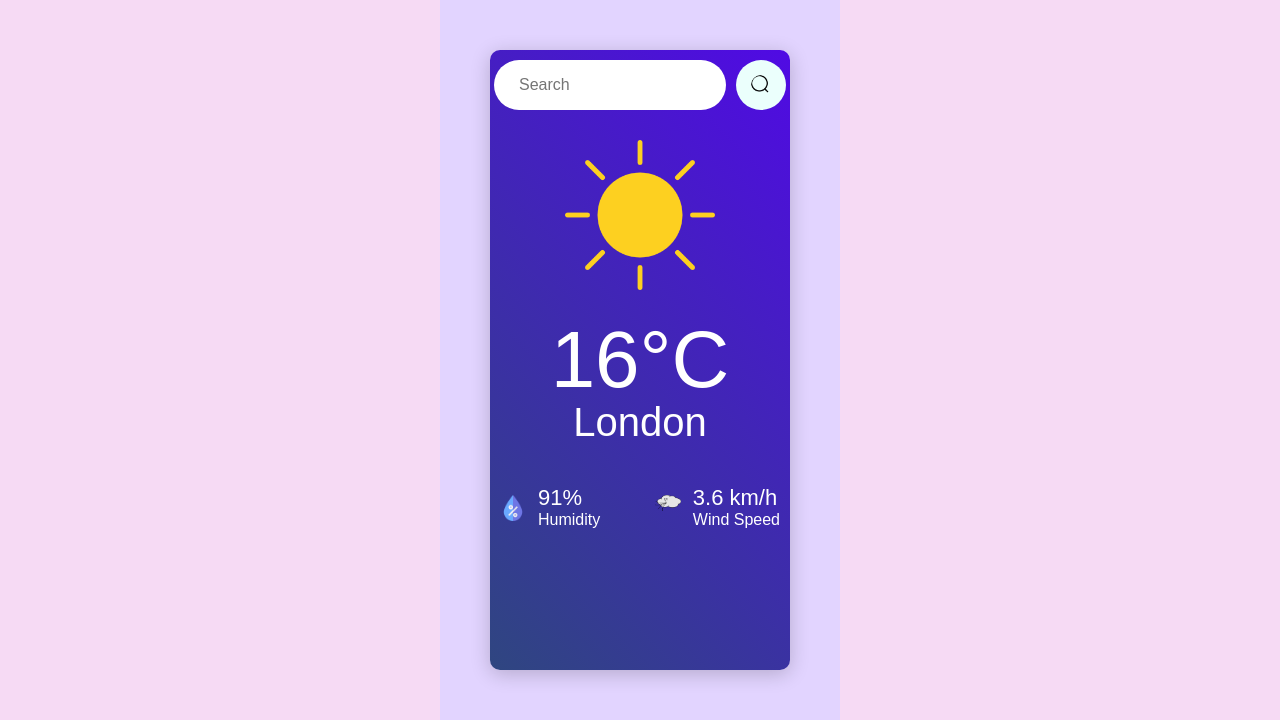
Repository: wakoya-tech/wheather-app
Page: /
An editor plug-in stored every save of this project. The page is shown before and after the next save, followed by the edit.
The browser window is 1280 px wide. The pictures show the whole page.
The project was rebuilt for these pictures with package versions that can differ from the ones it lists, and the page was loaded fresh each time. Also part of the build but not shown: vite.config.js, src/App.css.

Above is the page before, as saved 2025-10-18 21:46:39.

### index.html
<!DOCTYPE html>
<html lang="en">
  <head>
    <meta charset="UTF-8" />
    <link rel="icon" type="image/svg+xml" href="/vite.svg" />
    <meta name="viewport" content="width=device-width, initial-scale=1.0" />
    <title>Weather App - wakoCode</title>
  </head>
  <body>
    <div id="root"></div>
    <script type="module" src="/src/main.jsx"></script>
  </body>
</html>

### src/App.jsx
import { useState } from 'react'
import Weather from './Components/Weather'

import './App.css'

function App() {
 return(
 <div className='App'>

<Weather/>

 </div>

 )

}

export default App

### src/index.css

*{
    margin: 0;
    padding: 0;
    box-sizing: border-box;
    font-family: "poppins",sans-serif;
}
.App {
    min-height: 100vh;
    display: grid;
    background: #e2d4ff;
}

### src/Components/Weather.jsx
import React from 'react';
import './Weather.css';
import search_icon from '../assets/Search.png';
import clear from '../assets/Clear.png';
import wind from '../assets/Wind.png';
import humidity from '../assets/Humidity.png';

function Weather() {
  return (
    <div className='weather'>
      <div className="search-bar">
        <input type="text" placeholder='Search' />
        <img src={search_icon} alt="Search" />
      </div>

      <img src={clear} alt="Weather Icon" className='weather-icon' />
      <p className='temperature'>16°C</p>
      <p className='location'>London</p>

      <div className="weather-data">
        <div className="col">
          <img src={humidity} alt="Humidity" />
          <div>
            <p>91%</p>
            <span>Humidity</span>
          </div>
        </div>

        <div className="col">
          <img src={wind} alt="Wind Speed" />
          <div>
            <p>3.6 km/h</p>
            <span>Wind Speed</span>
          </div>
        </div>
      </div>
    </div>
  );
}

export default Weather;

### src/Components/Weather.css
/* App.css or Weather.css */

/* 🌍 Center the entire app on screen */
body {
    margin: 0;
    height: 100vh;
    display: flex;
    justify-content: center;
    align-items: center;
    background: #f6daf4;
  }

  /* 🌤️ Weather container */
  .weather {
    width: 90%;
    max-width: 300px;
    margin: 50px;
    padding: 10px;
    border-radius: 10px;
    background-image: linear-gradient(45deg, #2f4680, #500ae4);
    display: flex;
    flex-direction: column;
    align-items: center;

  box-shadow: 0 4px 20px rgba(0, 0, 0, 0.2);


  }

  /* 🔍 Search bar */
  .search-bar {
    display: flex;
    text-align: center;
    align-items: center;
    gap: 10px;
  }

  .search-bar input {
    height: 50px;
    font-size: 16px;
    border-radius: 40px;
    padding-left: 25px;
    border: none;
    outline: none;
    color: #626262;

  }

  .search-bar img {
    width: 50px;
    padding: 15px;
    border-radius: 50%;
    background: #ebfffc;
    cursor: pointer;
    transition: 0.2s ease;
  }

  .search-bar img:hover {
    background: #d6f5f2;
    transform: scale(1.05);
  }

  /* 🌦️ Weather display */
  .weather-icon {
    width: 150px;
    margin: 30px 0;
  }

  .temperature {
    color: #fff;
    font-size: 80px;
    line-height: 1;
  }

  .location {
    color: #fff;
    font-size: 40px;
  }

  /* 💧 Wind & humidity data section */
  .weather-data {
    width: 100%;
    margin-top: 40px;
    color: #fff;
    display: flex;
    justify-content: space-between;
  }
  .weather-data .col{
    display: flex;
    align-items: flex-start;
    gap: 12px;
    font-size: 22px;
  }
  .weather-data .col span{
    display: block;
    font-size: 16px;
  }
  .weather-data .col img{
    width: 26px;
    margin-top: 10px;
  }

Loaded but not shown: src/main.jsx (common file)

After the next save:
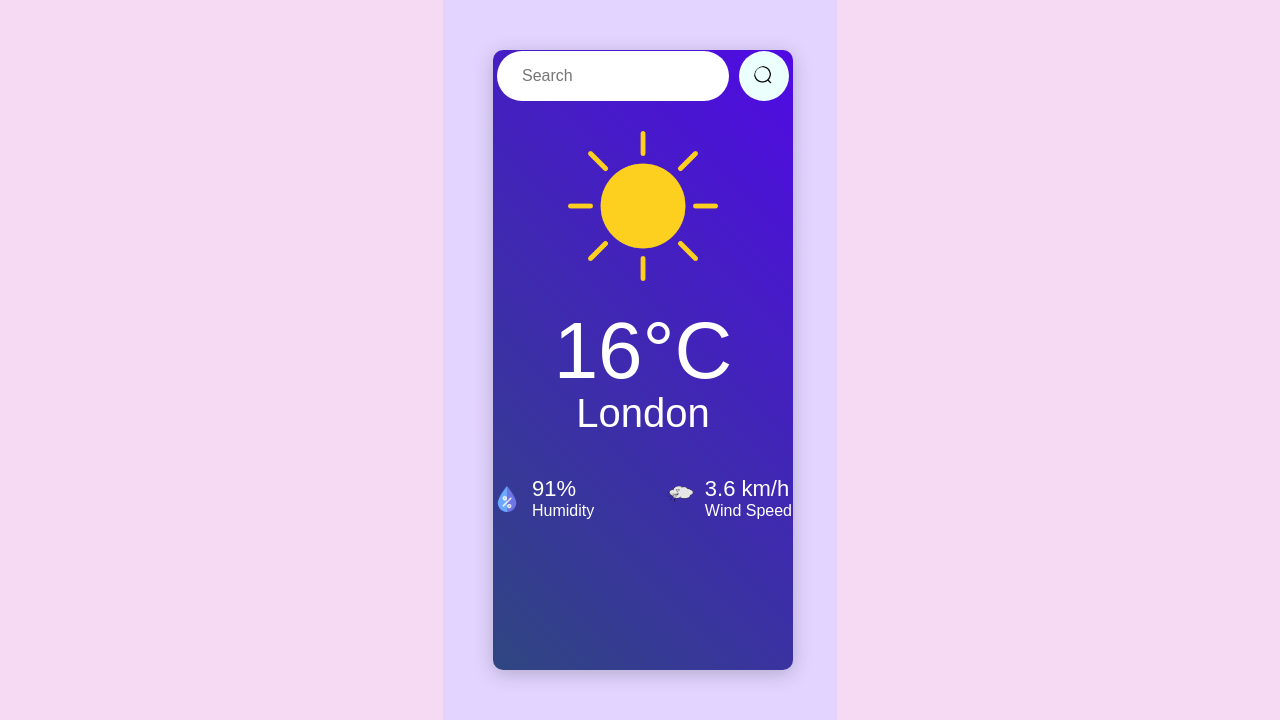
Saved 15 s later.
--- a/src/Components/Weather.css
+++ b/src/Components/Weather.css
@@ -15,7 +15,7 @@
     width: 90%;
     max-width: 300px;
     margin: 50px;
-    padding: 10px;
+    padding: 1px;
     border-radius: 10px;
     background-image: linear-gradient(45deg, #2f4680, #500ae4);
     display: flex;

After the save that followed:
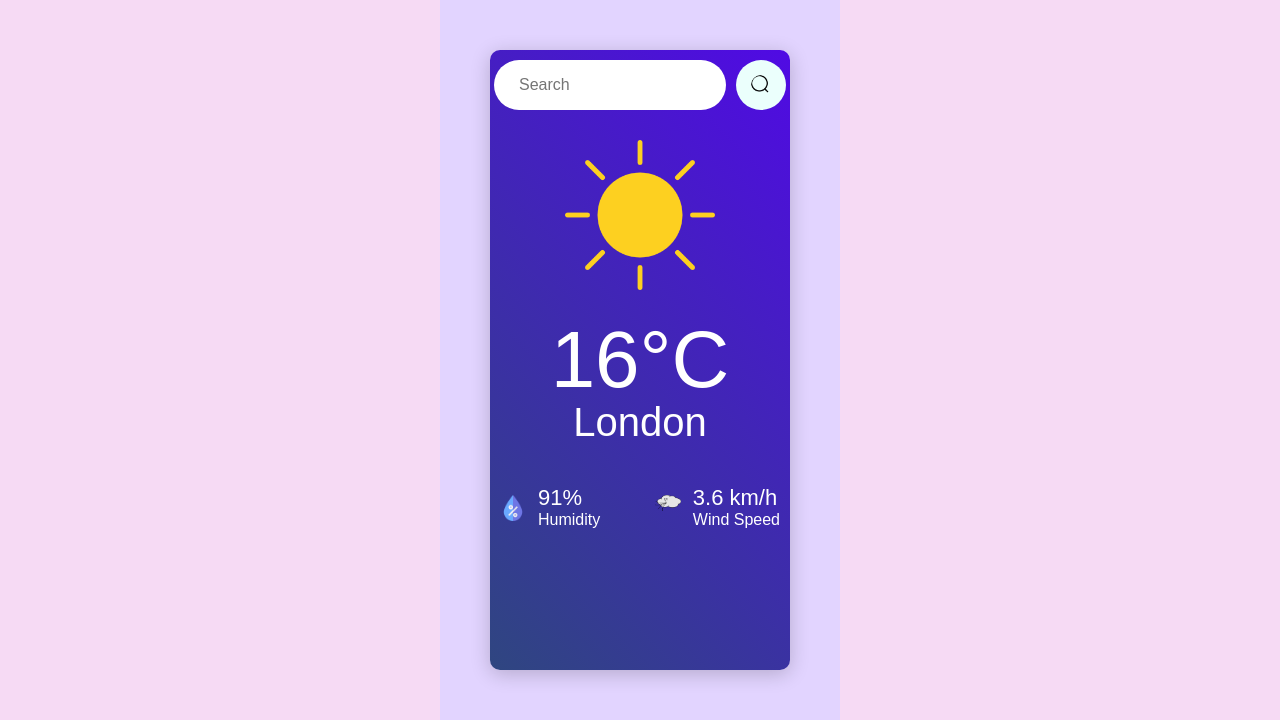
Saved 15 s later.
--- a/src/Components/Weather.css
+++ b/src/Components/Weather.css
@@ -15,7 +15,7 @@
     width: 90%;
     max-width: 300px;
     margin: 50px;
-    padding: 1px;
+    padding: 10px;
     border-radius: 10px;
     background-image: linear-gradient(45deg, #2f4680, #500ae4);
     display: flex;
